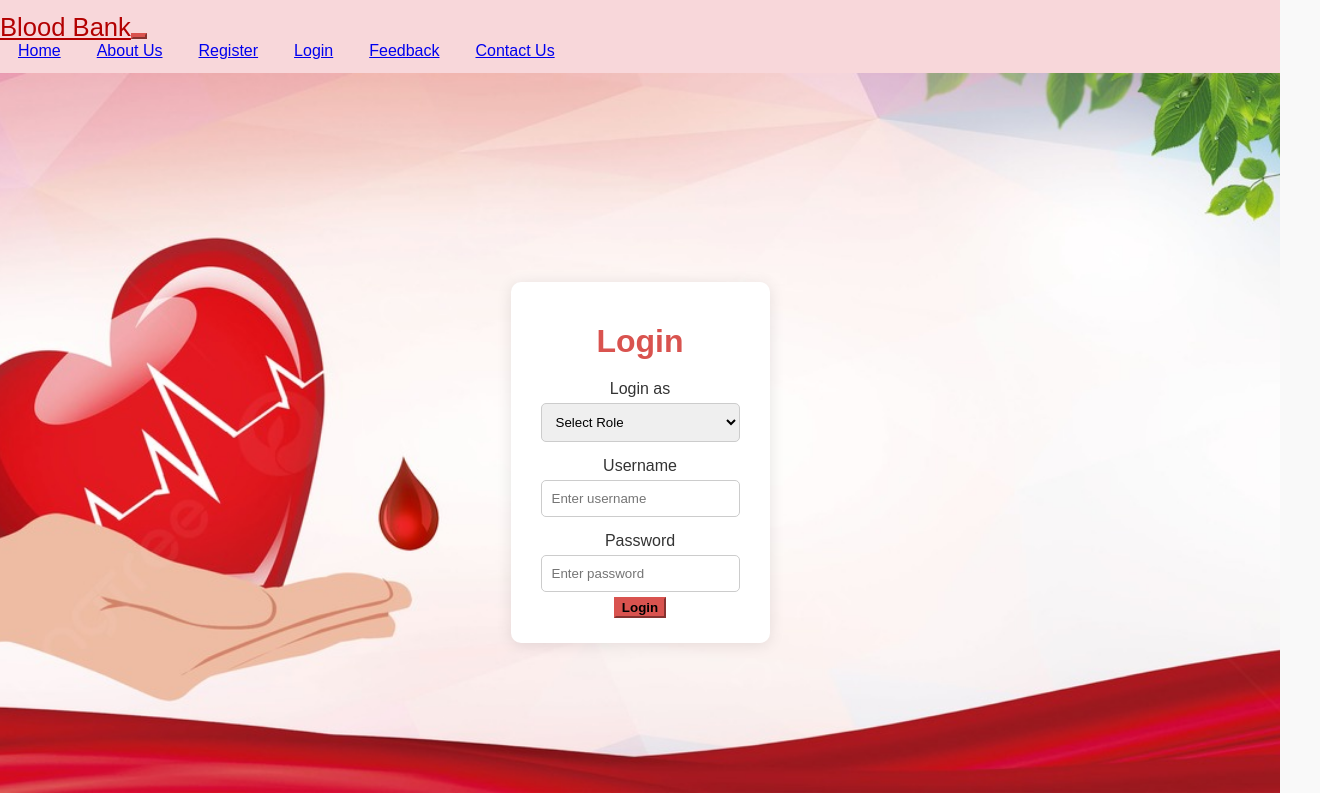
Repository: krismehta02/MINI-PROJECT-MAY
Page: /login (app in blood-donation-frontend/)
These files come from the project's save history. The page is drawn as it stood at one moment and after the next save; the edit follows.
The browser window is 1280 px wide. The page is 1280 px wide, then 1320 px, so the pictures cover 1320 px, including what lies to the right of the window. The pictures show the whole page.
Backgrounds fixed to the window are drawn as part of the page. The project was rebuilt for these pictures with package versions that can differ from the ones it lists, and the page was loaded fresh each time. Also part of the build but not shown: blood-donation-frontend/vite.config.js, blood-donation-frontend/src/pages/Home.jsx, blood-donation-frontend/src/pages/AboutUs.jsx, blood-donation-frontend/src/pages/Register.jsx, blood-donation-frontend/src/pages/Feedback.jsx, blood-donation-frontend/src/pages/ContactUs.jsx, blood-donation-frontend/src/pages/PatientDashboard.jsx, blood-donation-frontend/src/pages/DonorDashboard.jsx.

Above is the page before, as saved 2025-05-12 08:50:44.

After the next save:
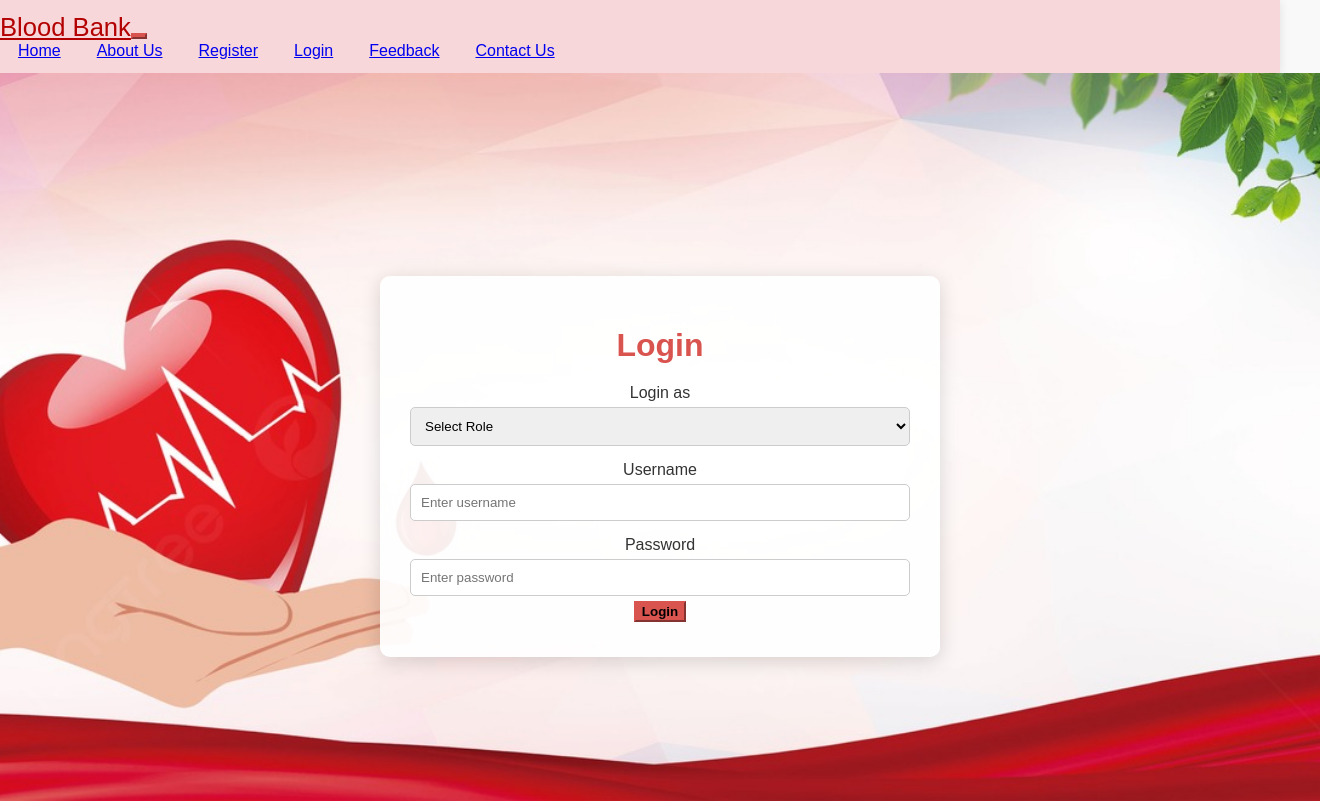
Saved 3 min 53 s later.
--- a/blood-donation-frontend/src/pages/Login.jsx
+++ b/blood-donation-frontend/src/pages/Login.jsx
@@ -61,23 +61,30 @@ function Login() {
     }
   };
 
-  return ( <div
-      className="login-page"
-       style={{
-        backgroundImage: `url("/Videos/login_bg.jpg")`,
-        backgroundSize: 'cover',
-        backgroundPosition: 'center',
-        backgroundRepeat: 'no-repeat',
-        minHeight: '100vh',
-        width: '100vw',
-        margin: 0,
-        padding: 0,
-        display: 'flex',
-        alignItems: 'center',
-        justifyContent: 'center'
-      }}
-      >
-  <div className="container mt-5 login-form-container">
+  return (
+  <div
+     style={{
+    minHeight: '90vh',  // Covers 90% of viewport height instead of 100%
+    width: '100%',
+    backgroundImage: 'url(/Videos/login_bg.jpg)',
+    backgroundSize: 'cover',
+    backgroundPosition: 'center',
+    backgroundRepeat: 'no-repeat',
+    backgroundAttachment: 'fixed',  // Makes background fixed during scrolling
+    display: 'flex',
+    alignItems: 'center',
+    justifyContent: 'center',
+    padding: '40px 20px'
+  }}
+  >
+    <div className="container mt-5 login-form-container" style={{
+      backgroundColor: 'rgba(255, 255, 255, 0.93)',
+      padding: '30px',
+      borderRadius: '10px',
+      boxShadow: '0 4px 20px rgba(0, 0, 0, 0.15)',
+      maxWidth: '500px',
+      width: '100%'
+    }}>
       <h1>Login</h1>
       <Form onSubmit={handleSubmit}>
         {/* User Role Dropdown */}
